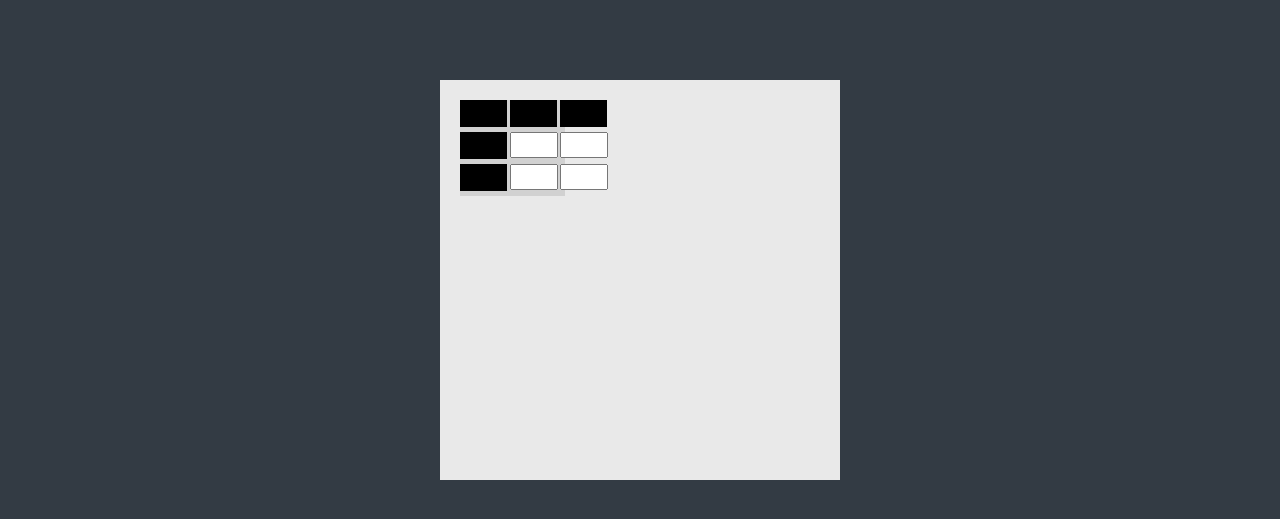
Repository: piookr-wsei/8086
Page: /
The author's editor kept a copy of each file at every save. The page is drawn from the files as they stood at one save, then again after the next save.
The browser window is 1280 px wide. The pictures show the whole page.
The project was rebuilt for these pictures with package versions that can differ from the ones it lists, and the page was loaded fresh each time.

Above is the page before, as saved 2022-06-17 00:11:05.

### src/App.js
import logo from './logo.svg';
import './App.css';
import { RegDesc, RegInput, RegWrapper, UiWindow, UiWrapper } from './Components/Components.elements';

function App() {
  return (
    <div className="App">
      <UiWindow>
        <UiWrapper>
          <RegWrapper>
            <RegDesc/><RegDesc/><RegDesc/>
            <RegDesc/><RegInput/><RegInput/>
            <RegDesc/><RegInput/><RegInput/>
          </RegWrapper>

        </UiWrapper>
      </UiWindow>

    </div>
  );
}

export default App;

### src/App.css
body{
  height: 100%;
  background: rgba(1, 10, 22, 0.8);
}
.App {

}

.App-logo {
  height: 40vmin;
  pointer-events: none;
}

@media (prefers-reduced-motion: no-preference) {
  .App-logo {
    animation: App-logo-spin infinite 20s linear;
  }
}

.App-header {
  background-color: #282c34;
  min-height: 100vh;
  display: flex;
  flex-direction: column;
  align-items: center;
  justify-content: center;
  font-size: calc(10px + 2vmin);
  color: white;
}

.App-link {
  color: #61dafb;
}

@keyframes App-logo-spin {
  from {
    transform: rotate(0deg);
  }
  to {
    transform: rotate(360deg);
  }
}

### src/Components/Components.elements.js
import styled from "styled-components";

export const UiWindow = styled.div`
height: 400px;
width: 400px;
background: rgb(233,233,233);
position: relative;
margin: auto;
top: 80px;
`

export const UiWrapper = styled.div`
border: 20px solid transparent;

`

export const RegWrapper = styled.div`
width: 105px;
background: rgba(0,0,0,0.1);
position: relative;
left: 0;
display: grid;
grid-template-columns: 50px 50px 50px;

`

export const RegInput = styled.input`
height: 20px;
width: 40px;
margin-bottom:5px;
`

export const RegDesc = styled.div`
height: 27px;
width: 47px;
background: black;
margin-bottom:5px;
`

Loaded but not shown: public/index.html (common file); src/index.js (common file); src/index.css (common file); src/reportWebVitals.js (common file)

After the next save:
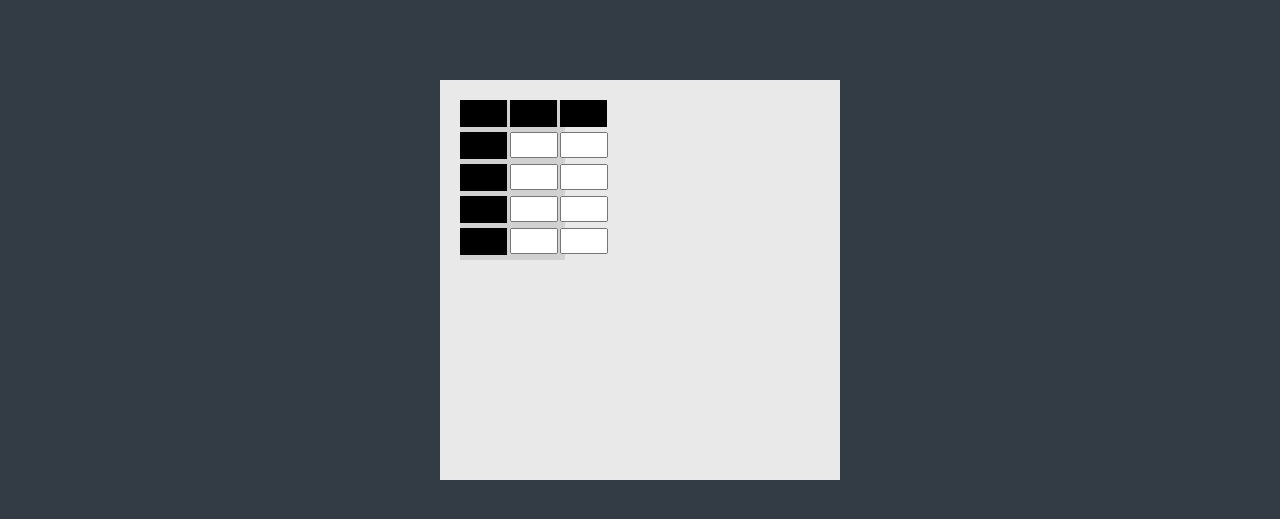
Saved 19 s later.
--- a/src/App.js
+++ b/src/App.js
@@ -11,6 +11,8 @@ function App() {
             <RegDesc/><RegDesc/><RegDesc/>
             <RegDesc/><RegInput/><RegInput/>
             <RegDesc/><RegInput/><RegInput/>
+            <RegDesc/><RegInput/><RegInput/>
+            <RegDesc/><RegInput/><RegInput/>
           </RegWrapper>
 
         </UiWrapper>
